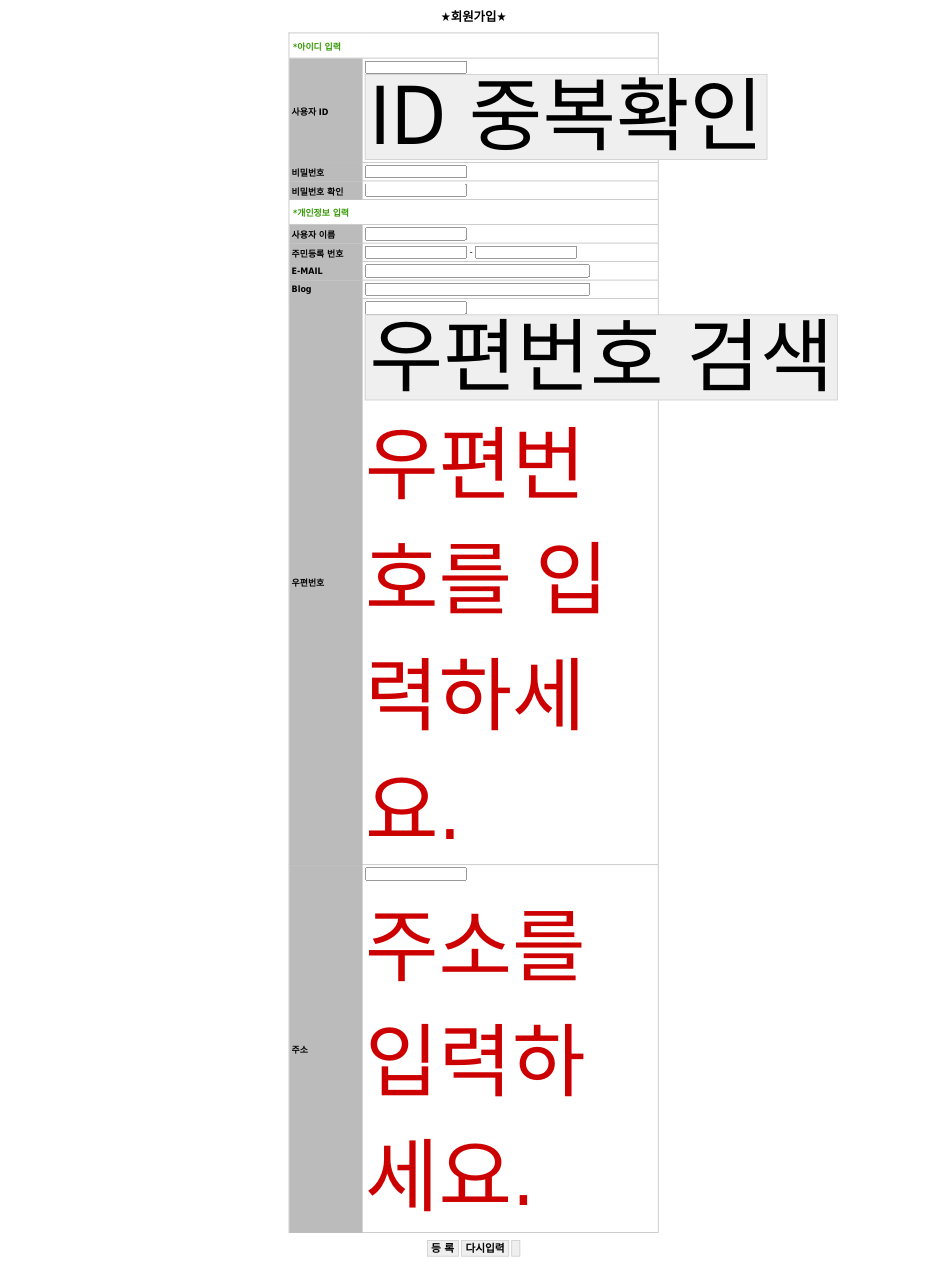
Repository: eParkjongtaek/lovedisket
Page: http://localhost/KH18_1/0904/inputForm.jsp
The author's editor kept a copy of each file at every save. The page is drawn from the files as they stood at one save, then again after the next save.
The browser window is 1280 px wide. The pictures show the whole page, at 74% of full size.
The page is served by Tomcat 9.

Above is the page before, as saved 2017-09-04 04:45:44.

After the next save:
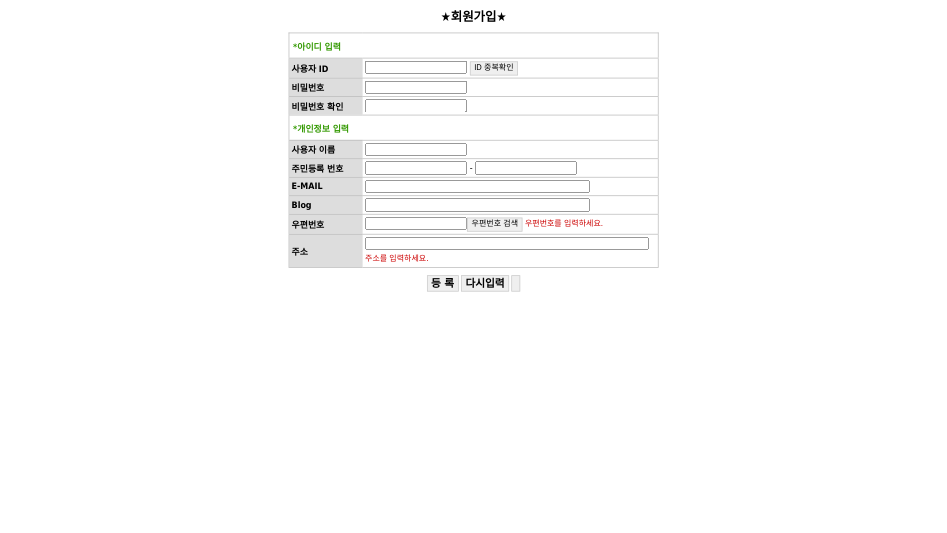
Saved 2 min 13 s later.
--- a/source/KH18_1/WebContent/0904/style.css
+++ b/source/KH18_1/WebContent/0904/style.css
@@ -1,20 +1,20 @@
 * {padding:0; margin:0;}
-html {font-family: Tahoma, Dotum, "돋움"; font-size: 0.75em; }
-body {font-size: 1em;text-align:center;}
+html {font-family: Tahoma, Dotum, "돋움"; font-size: 0.75em;}
+body {font-size: 1em; text-align:center;}
 #wrap {width:500px; margin:0 auto; text-align:left;}
 #footer {text-align:center; padding:10px 0;}
 #footer input {vertical-align:middle;}
 fieldset {border:none;}
 legend {display:none; visibility:hidden;}
-table {table-layout: fixed; border-collapse: collapse; padding: 0; border-style:solid; border-width:1px 1px 0 1px; border-color:#bbb;}
-th {text-align:left; padding:3px; border-collapse:0; border-style:solid; border-width:0 0 1px 0;border-color:#bbb; background:#bbb;}
-td {text-align:left; border-collapse:0; border-style:solid; border-width:0 0 1px 0; border-color:#bbb;padding:3px;}
-input {font-family:Tahoma, Dotum, "돋움"; font-size:1em;}
-td span {font-size:9em; color:#cc0000;}
+table {table-layout: fixed; border-collapse: collapse; padding: 0; border-style: solid; border-width: 1px 1px 0 1px; border-color: #bbb;}
+th {text-align:left; padding:3px;  border-collapse: 0; border-style: solid; border-width: 0 0 1px 0; border-color: #bbb; background:#ddd;}
+td {text-align:left; border-collapse: 0; border-style: solid; border-width: 0 0 1px 0; border-color: #bbb; padding: 3px;}
+input {font-family: Tahoma, Dotum, "돋움"; font-size:1em;}
+td span {font-size:.9em; color:#cc0000;}
 h1 {font-size:1.4em; text-align:center; padding:10px 0;}
 .w300 {width:300px;}
-.w380 {wdith:380px;}
+.w380 {width:380px;}
 .descB {padding:2px 0; display:block;}
 th.subTitle {color:#339900; background:#fff !important; padding:8px 0 8px 5px;}
-.inputBtn {border:1px solid #ccc; padding:3px 5px; line-height:1em; font-size:9em;}
+.inputBtn {border:1px solid #ccc; padding:3px 5px; line-height:1em; font-size:.9em;}
 #footer .inputBtn {font-size:1.2em; font-weight:bold;}

After the save that followed:
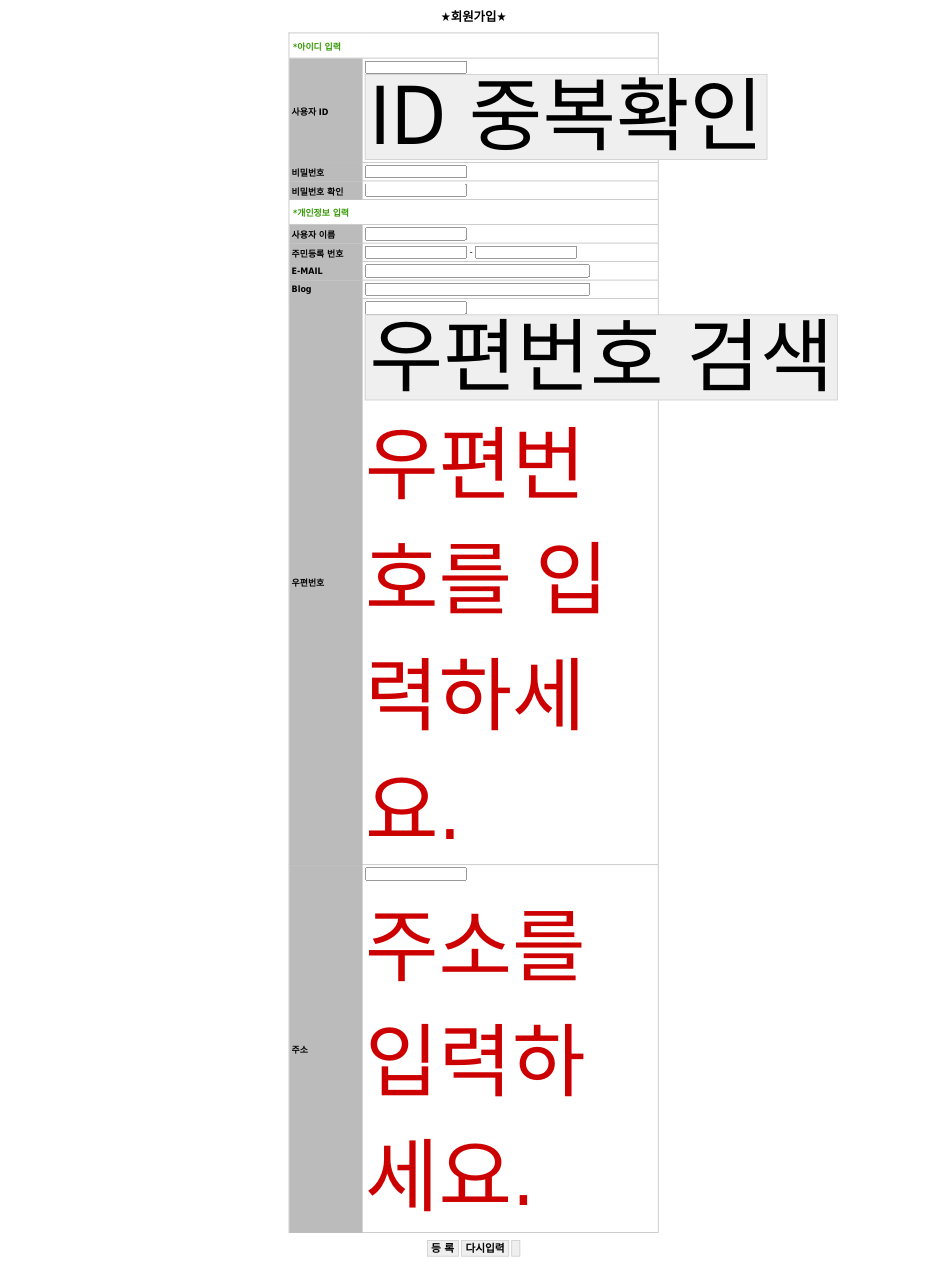
Saved 9 s later.
--- a/source/KH18_1/WebContent/0904/style.css
+++ b/source/KH18_1/WebContent/0904/style.css
@@ -1,20 +1,20 @@
 * {padding:0; margin:0;}
-html {font-family: Tahoma, Dotum, "돋움"; font-size: 0.75em;}
-body {font-size: 1em; text-align:center;}
+html {font-family: Tahoma, Dotum, "돋움"; font-size: 0.75em; }
+body {font-size: 1em;text-align:center;}
 #wrap {width:500px; margin:0 auto; text-align:left;}
 #footer {text-align:center; padding:10px 0;}
 #footer input {vertical-align:middle;}
 fieldset {border:none;}
 legend {display:none; visibility:hidden;}
-table {table-layout: fixed; border-collapse: collapse; padding: 0; border-style: solid; border-width: 1px 1px 0 1px; border-color: #bbb;}
-th {text-align:left; padding:3px;  border-collapse: 0; border-style: solid; border-width: 0 0 1px 0; border-color: #bbb; background:#ddd;}
-td {text-align:left; border-collapse: 0; border-style: solid; border-width: 0 0 1px 0; border-color: #bbb; padding: 3px;}
-input {font-family: Tahoma, Dotum, "돋움"; font-size:1em;}
-td span {font-size:.9em; color:#cc0000;}
+table {table-layout: fixed; border-collapse: collapse; padding: 0; border-style:solid; border-width:1px 1px 0 1px; border-color:#bbb;}
+th {text-align:left; padding:3px; border-collapse:0; border-style:solid; border-width:0 0 1px 0;border-color:#bbb; background:#bbb;}
+td {text-align:left; border-collapse:0; border-style:solid; border-width:0 0 1px 0; border-color:#bbb;padding:3px;}
+input {font-family:Tahoma, Dotum, "돋움"; font-size:1em;}
+td span {font-size:9em; color:#cc0000;}
 h1 {font-size:1.4em; text-align:center; padding:10px 0;}
 .w300 {width:300px;}
-.w380 {width:380px;}
+.w380 {wdith:380px;}
 .descB {padding:2px 0; display:block;}
 th.subTitle {color:#339900; background:#fff !important; padding:8px 0 8px 5px;}
-.inputBtn {border:1px solid #ccc; padding:3px 5px; line-height:1em; font-size:.9em;}
+.inputBtn {border:1px solid #ccc; padding:3px 5px; line-height:1em; font-size:9em;}
 #footer .inputBtn {font-size:1.2em; font-weight:bold;}
